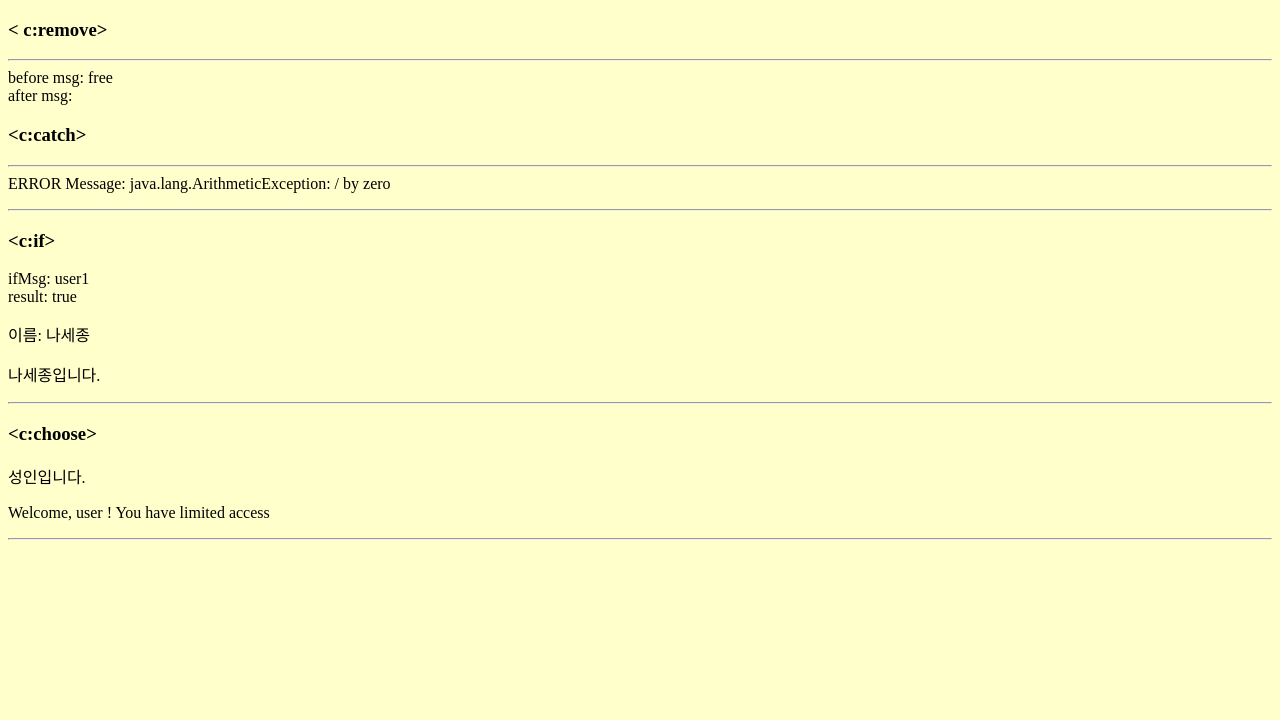
Repository: topblame/Bootcamp
Page: http://localhost/JSP_250408/chapter05/01_jstlExam.jsp
The author's editor kept a copy of each file at every save. The page is drawn from the files as they stood at one save, then again after the next save.
The browser window is 1280 px wide. The pictures show the whole page.
The page is served by Tomcat 9. Other server files are loaded and not shown.

Above is the page before, as saved 2025-06-27 02:57:44.

### WebMvc/JSP_250408/src/main/webapp/chapter05/01_jstlExam.jsp
<%@ page language="java" contentType="text/html; charset=UTF-8" pageEncoding="UTF-8"%>
<%@ taglib prefix = "c" uri = "http://java.sun.com/jsp/jstl/core" %>
<!DOCTYPE html PUBLIC "-//W3C//DTD HTML 4.01 Transitional//EN" "http://www.w3.org/TR/html4/loose.dtd">
<html>
<head>
<meta http-equiv="Content-Type" content="text/html; charset=UTF-8">
<title>JSTL</title> <!-- java-server standard tag lib -->
</head>
<body bgcolor = "#ffffcc">
<h3>&lt; c:remove&gt;</h3>
<hr />
<!-- java code: var msg = "free" -->
<c:set var ="msg" value = "free"/>
before msg: ${msg }
<br />
<c:remove var = "msg"/>
after msg: ${msg }
<p></p>

<!-- c:catch java code: try catch  -->
<h3>&lt;c:catch&gt;</h3>
<hr />
<c:catch var ="errMsg">
<%= 9/0 %>
</c:catch>
ERROR Message: ${errMsg}
<p></p>
<hr />


<h3>&lt;c:if&gt;</h3>
<c:set var="ifMsg" value = "user1"/>
ifMsg: ${ifMsg }
<br />

<!-- c:if => java code: if(ifMsg="user1") -->
<c:if test ="${ifMsg == 'user1' }" var = "result">
result: ${result }
</c:if>
<p></p>

<c:set var="name" value = "나세종"/>
이름: ${name }
<br />
<c:if test ="${name eq '나세종'}">
<p>나세종입니다.</p>
</c:if>
<p></p>
<hr />

<h3>&lt;c:choose&gt;</h3>
<c:set var="age" value ="26" />

<c:choose>
	<c:when test = "${age >= 20 }">
		<p>성인입니다.</p>
	</c:when>
	<c:otherwise>
		<p>미성년자입니다.</p>
	</c:otherwise>
</c:choose>
<p></p>

<c:set var = "role" value = "user"/>
<c:choose>
	<c:when test="${role == 'admin' }">
		<p>Welcome, Admin ! You have full access</p>
	</c:when>
	<c:when test="${role == 'user' }">
		<p>Welcome, user ! You have limited access</p>
	</c:when>
	<c:otherwise>
			<p>Unknown role, access denied</p>
	</c:otherwise>
</c:choose>
<hr />

</body>
</html>
<!--JSTL(JavaServer Pages Standard Tag Library): JSP에서 자주 사용되는 자바 코드를 태그방식으로 지원 -->

After the next save:
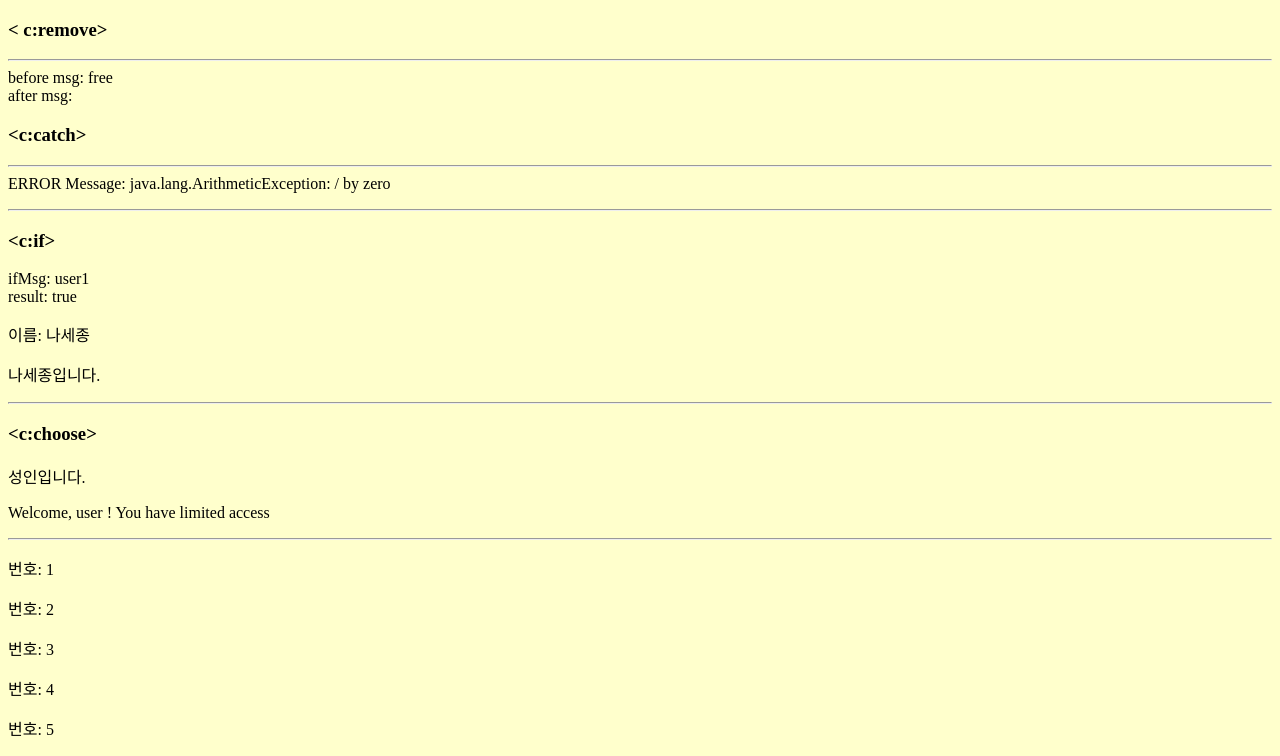
Saved 12 min 22 s later.
--- a/WebMvc/JSP_250408/src/main/webapp/chapter05/01_jstlExam.jsp
+++ b/WebMvc/JSP_250408/src/main/webapp/chapter05/01_jstlExam.jsp
@@ -75,6 +75,12 @@ result: ${result }
 </c:choose>
 <hr />
 
+
+<!-- c: forEach 태그 -->
+<c:forEach var = "i" begin = "1" end = "5">
+	<p>번호: ${i}</p>
+</c:forEach>
+
 </body>
 </html>
 <!--JSTL(JavaServer Pages Standard Tag Library): JSP에서 자주 사용되는 자바 코드를 태그방식으로 지원 -->
